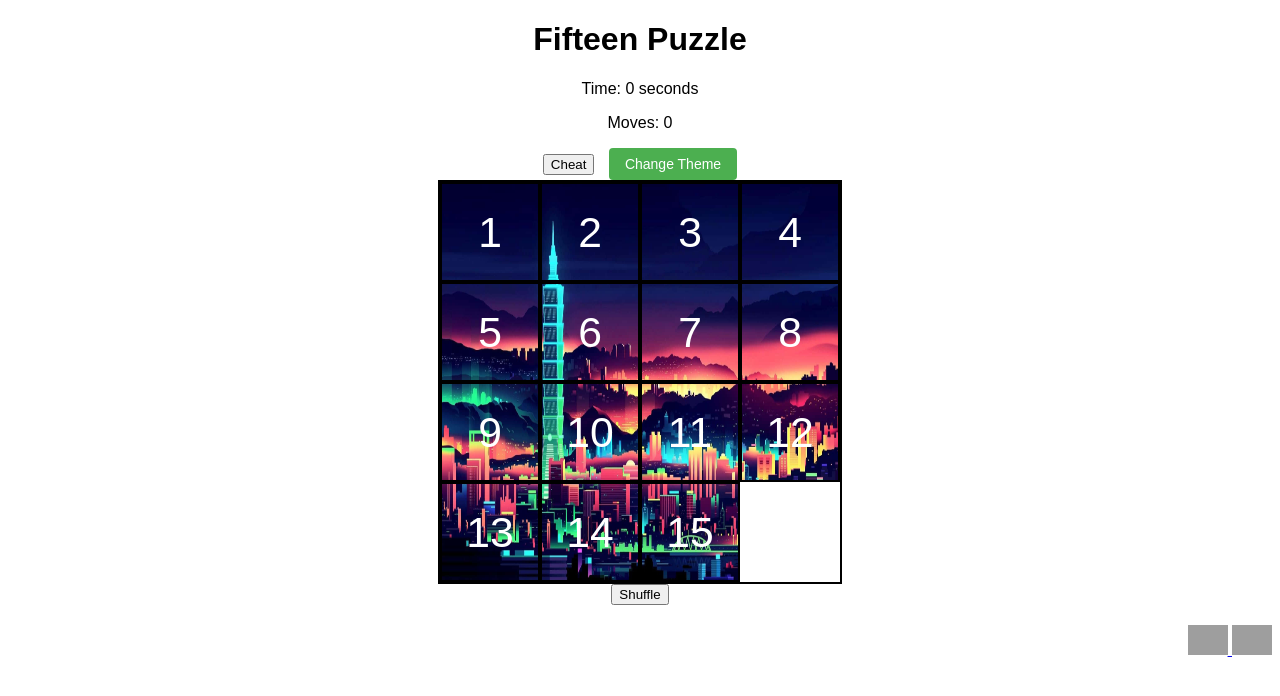
Repository: YummyFrog/WP_Project_2
Page: index.html
These files come from the project's save history. The page is drawn as it stood at one moment and after the next save; the edit follows.
The browser window is 1280 px wide. The pictures show the whole page.
Pictures or frames that could not be fetched are drawn as grey boxes.

Above is the page before, as saved 2025-08-02 20:38:16.

### index.html
<!DOCTYPE html>
<html lang="en">
<head>
  <meta charset="UTF-8">
  <title>Fifteen Puzzle</title>
  <link rel="stylesheet" href="styles.css">
  <script defer src="fifteen.js"></script>
</head>
<body>

  <h1>Fifteen Puzzle</h1>

  <!-- Stats Panel -->
  <div id="stats">
    <p>Time: <span id="time">0</span> seconds</p>
    <p>Moves: <span id="moves">0</span></p>
    <button id="cheatbutton">Cheat</button>
    <button id="themebutton" onclick="window.location.href='menu.html'">Change Theme</button>
  </div>

  <!-- Puzzle Area -->
  <div id="puzzlearea"></div>

  <!-- Shuffle Button -->
  <button id="shufflebutton">Shuffle</button>

  <!-- Win Message -->
  <div id="win-message" style="margin-top: 20px; font-weight: bold;"></div>

  <!-- Validators -->
  <p class="validators">
    <a href="https://validator.w3.org/" target="_blank">
      <img src="https://www.w3.org/html/logo/downloads/HTML5_Logo_64.png" alt="HTML Validator" height="30">
    </a>
    <a href="https://jigsaw.w3.org/css-validator/" target="_blank">
      <img src="https://jigsaw.w3.org/css-validator/images/vcss" alt="CSS Validator" height="30">
    </a>
  </p>

</body>
</html>

### styles.css
body {
  font-family: sans-serif;
  text-align: center;
}

#puzzlearea {
  width: 400px;
  height: 400px;
  margin: 0 auto;
  position: relative;
  border: 2px solid black;
}

.puzzlepiece {
  width: 96px;
  height: 96px;
  border: 2px solid black;
  position: absolute;
  font-size: 32pt;
  color: white;
  text-align: center;
  line-height: 96px;
  background-image: url("background1.jpg");
  background-size: 400px 400px;
  cursor: pointer;
  transition: all 0.2s ease;
}

.movablepiece {
  border-color: red !important;
  color: #006600 !important;
  text-decoration: underline;
}

.validators {
  text-align: right;
  margin-top: 20px;
}

#themebutton {
  margin-left: 10px;
  padding: 8px 16px;
  background-color: #4CAF50;
  color: white;
  border: none;
  border-radius: 4px;
  cursor: pointer;
  font-size: 14px;
}

#themebutton:hover {
  background-color: #45a049;
}

### fifteen.js
// 15-Puzzle Game Implementation
// Grid is 4x4 with positions 0-15, where 15 is the blank space

let gameState = [];
let blankPosition = 15;
let tiles = [];
let timerInterval = null;
let timeElapsed = 0;
let moveCount = 0;
let gameStarted = false;
let currentTheme = 'background1'; // default theme

// Theme mapping for puzzle pieces and backgrounds
const themeImages = {
  'animals': {
    puzzleBg: 'animals.jpg',
    pageBg: 'animalsbg.png'
  },
  'nature': {
    puzzleBg: 'nature.jpg',
    pageBg: 'naturebg.png'
  },
  'space': {
    puzzleBg: 'space.jpg',
    pageBg: 'spacebg.png'
  },
  'ocean': {
    puzzleBg: 'background1.jpg',
    pageBg: 'oceanbg.png'
  },
  'desert': {
    puzzleBg: 'background1.jpg',
    pageBg: 'desertbg.png'
  },
  'cityscape': {
    puzzleBg: 'background1.jpg',
    pageBg: 'cityscapebg.png'
  },
  'marvel': {
    puzzleBg: 'background1.jpg',
    pageBg: 'marvelbg.png'
  },
  'retro': {
    puzzleBg: 'background1.jpg',
    pageBg: 'retrogamebg.png'
  }
};

// Function to apply selected theme
function applySelectedTheme() {
  const selectedTheme = localStorage.getItem('selectedTheme');
  if (selectedTheme && themeImages[selectedTheme]) {
    currentTheme = themeImages[selectedTheme];
    console.log('Applied theme:', selectedTheme, '- Image:', currentTheme);

    // Update CSS for all puzzle pieces
    const style = document.createElement('style');
    style.textContent = `
      .puzzlepiece {
        background-image: url("${currentTheme}") !important;
      }
    `;
    document.head.appendChild(style);
  } else {
    currentTheme = 'background1.jpg';
    console.log('Using default theme:', currentTheme);
  }
}

// Debug function to check if elements exist
function debugElements() {
  const shuffleButton = document.getElementById('shufflebutton');
  const cheatButton = document.getElementById('cheatbutton');
  const puzzleArea = document.getElementById('puzzlearea');
  const timeElement = document.getElementById('time');
  const movesElement = document.getElementById('moves');
  const winMessage = document.getElementById('win-message');

  console.log('=== ELEMENT DEBUG INFO ===');
  console.log('Shuffle Button:', shuffleButton ? 'FOUND' : 'NOT FOUND');
  console.log('Cheat Button:', cheatButton ? 'FOUND' : 'NOT FOUND');
  console.log('Puzzle Area:', puzzleArea ? 'FOUND' : 'NOT FOUND');
  console.log('Time Element:', timeElement ? 'FOUND' : 'NOT FOUND');
  console.log('Moves Element:', movesElement ? 'FOUND' : 'NOT FOUND');
  console.log('Win Message:', winMessage ? 'FOUND' : 'NOT FOUND');
  console.log('========================');

  if (shuffleButton) {
    console.log('Shuffle Button Properties:', {
      tagName: shuffleButton.tagName,
      id: shuffleButton.id,
      className: shuffleButton.className,
      onclick: shuffleButton.onclick ? 'defined' : 'not defined'
    });
  }

  if (cheatButton) {
    console.log('Cheat Button Properties:', {
      tagName: cheatButton.tagName,
      id: cheatButton.id,
      className: cheatButton.className,
      onclick: cheatButton.onclick ? 'defined' : 'not defined'
    });
  }

  return {
    shuffleButton,
    cheatButton,
    puzzleArea,
    timeElement,
    movesElement,
    winMessage
  };
}

window.onload = function () {
  console.log('Window loaded, starting initialization...');

  // Debug elements first
  const elements = debugElements();

  if (!elements.puzzleArea) {
    console.error('CRITICAL: puzzlearea element not found!');
    return;
  }

  if (!elements.shuffleButton) {
    console.error('CRITICAL: shufflebutton element not found!');
    return;
  }

  if (!elements.cheatButton) {
    console.error('CRITICAL: cheatbutton element not found!');
    return;
  }

  // Apply selected theme
  applySelectedTheme();

  initializePuzzle();
  setupEventListeners();
  console.log('Initialization complete');
};

function initializePuzzle() {
  console.log('Initializing puzzle...');
  const puzzleArea = document.getElementById("puzzlearea");

  if (!puzzleArea) {
    console.error('Cannot initialize puzzle: puzzlearea not found');
    return;
  }

  // Initialize game state
  for (let i = 0; i < 15; i++) {
    gameState[i] = i + 1;
  }
  gameState[15] = 0; // blank space
  blankPosition = 15;

  console.log('Initial game state:', gameState);

  // Create tile elements
  for (let i = 1; i <= 15; i++) {
    const tile = document.createElement("div");
    tile.className = "puzzlepiece";
    tile.textContent = i;
    tile.setAttribute("data-number", i);

    updateTilePosition(tile, i - 1);

    tile.addEventListener("click", () => handleTileClick(i));
    tile.addEventListener("mouseenter", () => handleTileHover(tile, i));
    tile.addEventListener("mouseleave", () => handleTileUnhover(tile));

    puzzleArea.appendChild(tile);
    tiles[i] = tile;
  }

  console.log('Puzzle tiles created:', tiles.length - 1, 'tiles');
}

function setupEventListeners() {
  console.log('Setting up event listeners...');

  const shuffleButton = document.getElementById("shufflebutton");
  const cheatButton = document.getElementById("cheatbutton");

  if (shuffleButton) {
    shuffleButton.addEventListener("click", function() {
      console.log("=== SHUFFLE BUTTON CLICKED ===");
      shufflePuzzle();
      resetStats();
      startTimer();
      gameStarted = true;
      console.log("Game started, timer should be running");
      console.log("=============================");
    });
    console.log('Shuffle button listener attached');
  } else {
    console.error('FAILED: Could not attach listener to shuffle button');
  }

  if (cheatButton) {
    cheatButton.addEventListener("click", function() {
      console.log("=== CHEAT BUTTON CLICKED ===");
      if (gameStarted) {
        cheatSolve();
      } else {
        alert("Please shuffle the puzzle first!");
        console.log("Cheat blocked: game not started");
      }
      console.log("===========================");
    });
    console.log('Cheat button listener attached');
  } else {
    console.error('FAILED: Could not attach listener to cheat button');
  }
}

function updateTilePosition(tile, position) {
  const row = Math.floor(position / 4);
  const col = position % 4;
  tile.style.left = (col * 100) + "px";
  tile.style.top = (row * 100) + "px";

  const tileNumber = parseInt(tile.getAttribute("data-number"));
  const tileRow = Math.floor((tileNumber - 1) / 4);
  const tileCol = (tileNumber - 1) % 4;
  tile.style.backgroundPosition = `-${tileCol * 100}px -${tileRow * 100}px`;
}

function getPosition(tileNumber) {
  return gameState.indexOf(tileNumber);
}

function isAdjacent(pos1, pos2) {
  const row1 = Math.floor(pos1 / 4);
  const col1 = pos1 % 4;
  const row2 = Math.floor(pos2 / 4);
  const col2 = pos2 % 4;

  return (row1 === row2 && Math.abs(col1 - col2) === 1) ||
         (col1 === col2 && Math.abs(row1 - row2) === 1);
}

function canMoveTile(tileNumber) {
  const tilePos = getPosition(tileNumber);
  return isAdjacent(tilePos, blankPosition);
}

function handleTileClick(tileNumber) {
  if (!gameStarted) {
    alert("Please shuffle the puzzle first!");
    return;
  }

  if (canMoveTile(tileNumber)) {
    console.log('Moving tile:', tileNumber);
    moveTile(tileNumber);
    moveCount++;
    updateStats();
    if (checkIfSolved()) {
      showWinMessage();
      stopTimer();
    }
  }
}

function moveTile(tileNumber) {
  const tilePos = getPosition(tileNumber);
  gameState[blankPosition] = tileNumber;
  gameState[tilePos] = 0;
  blankPosition = tilePos;
  updateTilePosition(tiles[tileNumber], gameState.indexOf(tileNumber));
}

function handleTileHover(tile, tileNumber) {
  if (gameStarted && canMoveTile(tileNumber)) {
    tile.classList.add("movablepiece");
  }
}

function handleTileUnhover(tile) {
  tile.classList.remove("movablepiece");
}

function shufflePuzzle() {
  console.log("Starting shuffle...");

  // Reset to solved state first
  for (let i = 0; i < 15; i++) {
    gameState[i] = i + 1;
  }
  gameState[15] = 0;
  blankPosition = 15;

  // Perform random valid moves to shuffle
  for (let i = 0; i < 1000; i++) {
    const movableTiles = [];
    for (let tile = 1; tile <= 15; tile++) {
      if (canMoveTile(tile)) {
        movableTiles.push(tile);
      }
    }
    if (movableTiles.length > 0) {
      const randomTile = movableTiles[Math.floor(Math.random() * movableTiles.length)];
      moveTile(randomTile);
    }
  }

  // Update visual positions of all tiles
  for (let tileNumber = 1; tileNumber <= 15; tileNumber++) {
    const position = getPosition(tileNumber);
    updateTilePosition(tiles[tileNumber], position);
    tiles[tileNumber].classList.remove("movablepiece");
  }

  console.log("Shuffle completed");
  console.log("New game state:", gameState);
}

function startTimer() {
  console.log("=== STARTING TIMER ===");

  // Check if time element exists
  const timeElement = document.getElementById('time');
  if (!timeElement) {
    console.error('CRITICAL: time element not found - timer will not work!');
    return;
  }

  stopTimer(); // Clear any existing timer
  timeElapsed = 0;
  updateStats();

  timerInterval = setInterval(function() {
    timeElapsed++;
    updateStats();
    console.log("Timer tick:", timeElapsed + " seconds");
  }, 1000);

  console.log("Timer started successfully, interval ID:", timerInterval);
  console.log("=====================");
}

function stopTimer() {
  if (timerInterval) {
    console.log("Stopping timer, interval ID:", timerInterval);
    clearInterval(timerInterval);
    timerInterval = null;
  }
}

function resetStats() {
  console.log("Resetting stats...");
  timeElapsed = 0;
  moveCount = 0;
  updateStats();

  const winMessage = document.getElementById("win-message");
  if (winMessage) {
    winMessage.textContent = "";
  }
  console.log("Stats reset complete");
}

function updateStats() {
  const timeElement = document.getElementById("time");
  const movesElement = document.getElementById("moves");

  if (timeElement) {
    timeElement.textContent = timeElapsed;
  } else {
    console.error('Cannot update time: time element not found');
  }

  if (movesElement) {
    movesElement.textContent = moveCount;
  } else {
    console.error('Cannot update moves: moves element not found');
  }
}

function showWinMessage() {
  const winMessage = document.getElementById("win-message");
  if (winMessage) {
    winMessage.textContent = "🎉 Puzzle Solved! Great job!";
  }
  saveGameStats(moveCount, timeElapsed);
}

function checkIfSolved() {
  for (let i = 0; i < 15; i++) {
    if (gameState[i] !== i + 1) return false;
  }
  return gameState[15] === 0;
}

function cheatSolve() {
  console.log("=== CHEAT SOLVE STARTED ===");

  if (checkIfSolved()) {
    alert("Puzzle is already solved!");
    return;
  }

  console.log("Current state before cheat:", [...gameState]);

  // Stop the timer immediately
  stopTimer();

  // Solve instantly with animation
  solveInstantly();
}

function solveInstantly() {
  console.log("Solving puzzle instantly...");

  // Set all tiles to their correct positions
  for (let i = 0; i < 15; i++) {
    gameState[i] = i + 1;
  }
  gameState[15] = 0;
  blankPosition = 15;

  console.log("New solved state:", [...gameState]);

  // Animate all tiles to correct positions
  for (let tileNumber = 1; tileNumber <= 15; tileNumber++) {
    const tile = tiles[tileNumber];
    if (tile) {
      tile.style.transition = "all 0.3s ease-in-out";
      updateTilePosition(tile, tileNumber - 1);
      tile.classList.remove("movablepiece");
    }
  }

  // Remove transitions after animation and show win message
  setTimeout(() => {
    for (let tileNumber = 1; tileNumber <= 15; tileNumber++) {
      if (tiles[tileNumber]) {
        tiles[tileNumber].style.transition = "";
      }
    }
    showWinMessage();
    console.log("Cheat solve completed");
  }, 300);
}

function saveGameStats(moves, timeElapsed) {
  fetch("save_game.php", {
    method: "POST",
    headers: {
      "Content-Type": "application/x-www-form-urlencoded"
    },
    body: `moves=${moves}&time=${timeElapsed}`
  }).then(res => {
    if (res.ok) {
      console.log("✅ Game stats saved to server.");
    } else {
      console.error("❌ Failed to save game stats.");
    }
  }).catch(err => {
    console.error("❌ Error saving game stats:", err);
  });
}

After the next save:
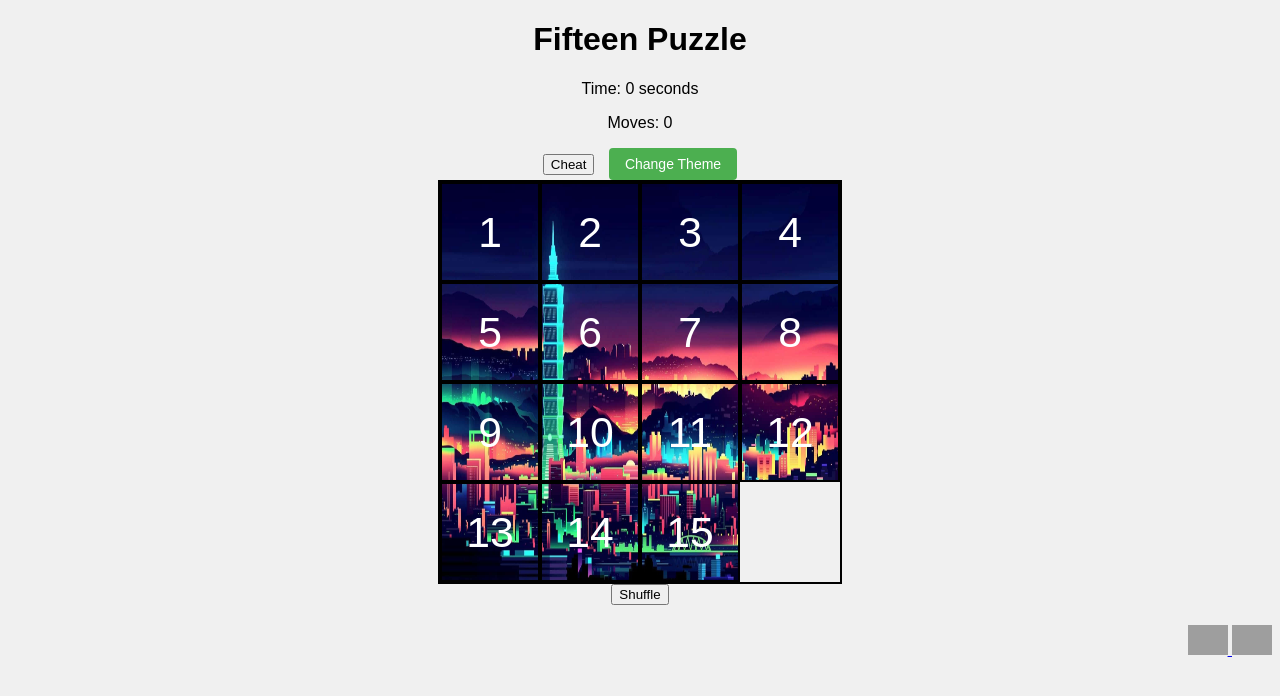
Saved 18 s later.
--- a/fifteen.js
+++ b/fifteen.js
@@ -50,20 +50,44 @@
 function applySelectedTheme() {
   const selectedTheme = localStorage.getItem('selectedTheme');
   if (selectedTheme && themeImages[selectedTheme]) {
-    currentTheme = themeImages[selectedTheme];
-    console.log('Applied theme:', selectedTheme, '- Image:', currentTheme);
-
-    // Update CSS for all puzzle pieces
+    const themeData = themeImages[selectedTheme];
+    currentTheme = themeData.puzzleBg;
+
+    console.log('Applied theme:', selectedTheme);
+    console.log('- Puzzle Background:', themeData.puzzleBg);
+    console.log('- Page Background:', themeData.pageBg);
+
+    // Update CSS for puzzle pieces and page background
     const style = document.createElement('style');
     style.textContent = `
+      body {
+        background-image: url("${themeData.pageBg}") !important;
+        background-size: cover !important;
+        background-position: center !important;
+        background-repeat: no-repeat !important;
+        background-attachment: fixed !important;
+        min-height: 100vh !important;
+      }
       .puzzlepiece {
-        background-image: url("${currentTheme}") !important;
+        background-image: url("${themeData.puzzleBg}") !important;
       }
     `;
     document.head.appendChild(style);
   } else {
     currentTheme = 'background1.jpg';
     console.log('Using default theme:', currentTheme);
+
+    // Apply default styling
+    const style = document.createElement('style');
+    style.textContent = `
+      body {
+        background: #f0f0f0 !important;
+      }
+      .puzzlepiece {
+        background-image: url("${currentTheme}") !important;
+      }
+    `;
+    document.head.appendChild(style);
   }
 }
 
